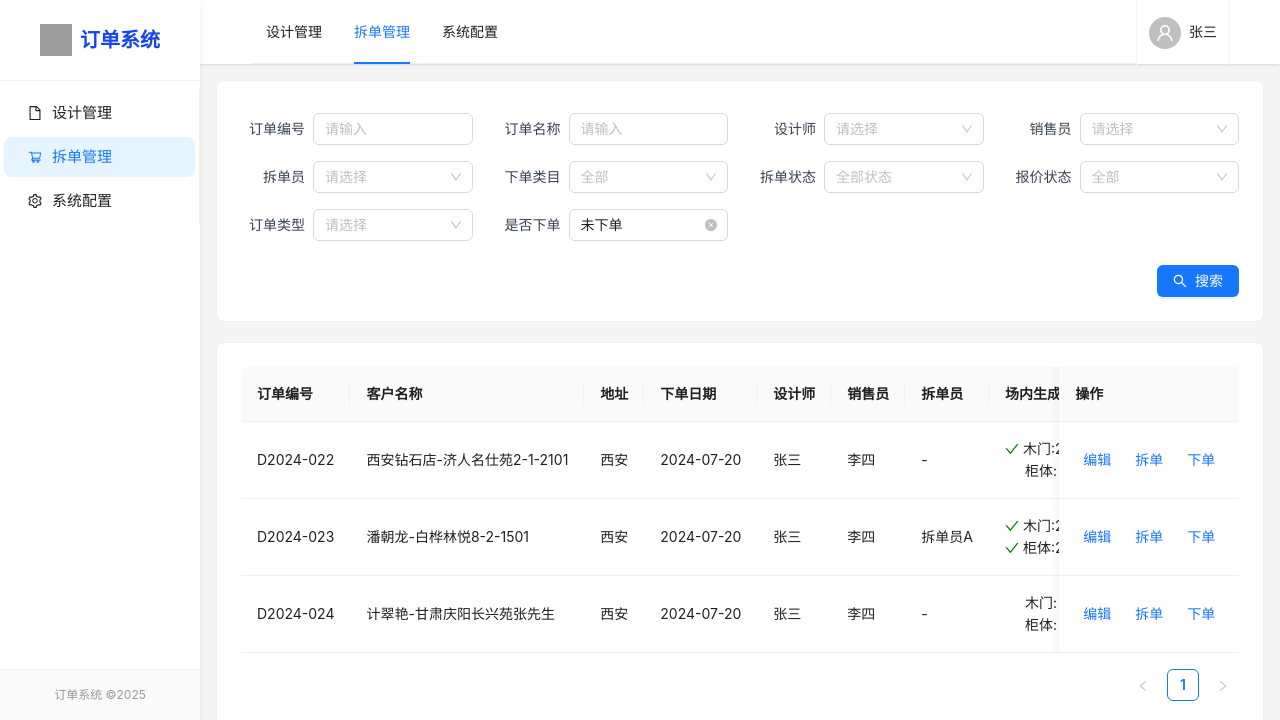
Repository: Garyxiwang/order_system
Page: /split (app in front/)
These files come from the project's save history. The page is drawn as it stood at one moment and after the next save; the edit follows.
The browser window is 1280 px wide. The pictures show the whole page.
Pictures or frames that could not be fetched are drawn as grey boxes. The project was rebuilt for these pictures with package versions that can differ from the ones it lists, and the page was loaded fresh each time. The framework's server and built-in components were replaced by stand-ins that run in the browser. Also part of the build but not shown: front/next.config.js, front/next.config.ts, front/src/app/split/editOrderModal.tsx, front/src/app/split/SplitOrderModal.tsx.

Above is the page before, as saved 2025-08-07 15:40:18.

### front/src/app/layout.tsx
import type { Metadata } from "next";
import { Geist, Geist_Mono } from "next/font/google";
import '@ant-design/v5-patch-for-react-19';
import "./globals.css";

const geistSans = Geist({
  variable: "--font-geist-sans",
  subsets: ["latin"],
});

const geistMono = Geist_Mono({
  variable: "--font-geist-mono",
  subsets: ["latin"],
});

export const metadata: Metadata = {
  title: "订单系统",
  description: "基于Next.js、TypeScript和Ant Design构建的订单系统",
};

import AppLayout from '@/components/layout/AppLayout';

export default function RootLayout({
  children,
}: Readonly<{
  children: React.ReactNode;
}>) {
  return (
    <html lang="zh-CN">
      <body
        className={`${geistSans.variable} ${geistMono.variable} antialiased`}
      >
        <AppLayout>
          {children}
        </AppLayout>
      </body>
    </html>
  );
}

### front/src/app/split/page.tsx
"use client";

import React, { useState, useEffect } from "react";
import {
  Card,
  Table,
  Button,
  Space,
  Input,
  Select,
  Row,
  Col,
  Tag,
  message,
} from "antd";
import type { ColumnsType } from "antd/es/table";
import { SearchOutlined, CheckOutlined } from "@ant-design/icons";
import { getSplitOrders, type SplitOrder } from "../../services/splitApi";
import EditOrderModal from "./editOrderModal";
import type { EditFormValues } from "./editOrderModal";
import SplitOrderModal from "./SplitOrderModal";
import type { SplitFormValues } from "./SplitOrderModal";

const { Option } = Select;

const DesignPage: React.FC = () => {
  const [splitData, setSplitData] = useState<SplitOrder[]>([]);
  const [loading, setLoading] = useState(false);
  const [isEditModalVisible, setIsEditModalVisible] = useState(false);
  const [isSplitModalVisible, setIsSplitModalVisible] = useState(false);
  const [selectedOrder, setSelectedOrder] = useState<SplitOrder | null>(null);

  // 加载拆单数据
  const loadSplitData = async () => {
    setLoading(true);
    try {
      const response = await getSplitOrders();
      if (response.code === 200) {
        setSplitData(response.data);
      } else {
        message.error(response.message || "获取数据失败");
      }
    } catch (error) {
      message.error("获取数据失败，请稍后重试");
      console.error("获取拆单数据失败:", error);
    } finally {
      setLoading(false);
    }
  };

  // 组件挂载时加载数据
  useEffect(() => {
    loadSplitData();
  }, []);

  // 显示编辑模态框
  const showEditModal = (record: SplitOrder) => {
    setSelectedOrder(record);
    setIsEditModalVisible(true);
  };

  // 处理编辑模态框取消
  const handleEditModalCancel = () => {
    setIsEditModalVisible(false);
    setSelectedOrder(null);
  };

  // 处理编辑模态框确认
  const handleEditModalOk = (values: EditFormValues) => {
    console.log("编辑表单数据:", values);
    // 这里可以调用API更新数据
    setIsEditModalVisible(false);
    setSelectedOrder(null);
    // 重新加载数据
    loadSplitData();
  };

  // 显示拆单模态框
  const showSplitModal = (record: SplitOrder) => {
    setSelectedOrder(record);
    setIsSplitModalVisible(true);
  };

  // 处理拆单模态框取消
  const handleSplitModalCancel = () => {
    setIsSplitModalVisible(false);
    setSelectedOrder(null);
  };

  // 处理拆单模态框确认
  const handleSplitModalOk = (values: SplitFormValues) => {
    console.log("拆单表单数据:", values);
    // 这里可以调用API更新数据
    setIsSplitModalVisible(false);
    setSelectedOrder(null);
    // 重新加载数据
    loadSplitData();
  };

  const columns: ColumnsType<SplitOrder> = [
    {
      title: "订单编号",
      dataIndex: "designNumber",
      key: "designNumber",
    },
    {
      title: "客户名称",
      dataIndex: "customerName",
      key: "customerName",
    },
    {
      title: "地址",
      dataIndex: "address",
      key: "address",
    },
    {
      title: "下单日期",
      dataIndex: "createTime",
      key: "createTime",
    },
    {
      title: "设计师",
      dataIndex: "designer",
      key: "designer",
    },
    {
      title: "销售员",
      dataIndex: "salesPerson",
      key: "salesPerson",
    },
    {
      title: "拆单员",
      dataIndex: "splitPerson",
      key: "splitPerson",
      render: (text: string) => {
        if (!text) return "-";
        return text;
      },
    },
    {
      title: "场内生成项",
      dataIndex: "doorBody",
      key: "doorBody",
      render: (text: string) => {
        if (!text) return null;

        const items = text.split(",");
        return (
          <div>
            {items.map((item, index) => {
              const parts = item.split(":");
              const name = parts[0];
              const time = parts[1];
              const days = parts[2];

              if (parts.length === 3 && name && time && days) {
                const dayCount = parseInt(days);
                const dayColor = dayCount >= 3 ? "red" : "-";
                return (
                  <div key={index}>
                    <CheckOutlined
                      style={{ color: "green", marginRight: "4px" }}
                    />
                    {name}:{time}{" "}
                    <span style={{ color: dayColor }}>{days}天</span>
                  </div>
                );
              } else if (parts.length >= 2 && name && time) {
                return (
                  <div key={index}>
                    <CheckOutlined
                      style={{ color: "green", marginRight: "4px" }}
                    />
                    {name}:{time}
                  </div>
                );
              } else {
                return (
                  <div key={index} style={{ marginLeft: "20px" }}>
                    {name}: -
                  </div>
                );
              }
            })}
          </div>
        );
      },
    },
    {
      title: "外购项",
      dataIndex: "external",
      key: "external",
      render: (text: string) => {
        if (!text) return null;

        const items = text.split(",");
        return (
          <div>
            {items.map((item, index) => {
              const parts = item.split(":");
              const name = parts[0];
              const time = parts[1];
              const days = parts[2];

              if (parts.length === 3 && name && time && days) {
                const dayCount = parseInt(days);
                const dayColor = dayCount >= 3 ? "red" : "";
                return (
                  <div key={index}>
                    <CheckOutlined
                      style={{ color: "green", marginRight: "4px" }}
                    />
                    {name}:{time}{" "}
                    <span style={{ color: dayColor }}>{days}天</span>
                  </div>
                );
              } else if (parts.length >= 2 && name && time) {
                return (
                  <div key={index}>
                    <CheckOutlined
                      style={{ color: "green", marginRight: "4px" }}
                    />
                    {name}:{time}
                  </div>
                );
              } else {
                return (
                  <div key={index} style={{ marginLeft: "20px" }}>
                    {name}: -
                  </div>
                );
              }
            })}
          </div>
        );
      },
    },
    {
      title: "报价状态",
      dataIndex: "priceState",
      key: "priceState",
      render: (text: string) => {
        if (!text) return "-";
        return text;
      },
    },

    {
      title: "完成日期",
      dataIndex: "finishTime",
      key: "finishTime",
      render: (text: string) => {
        if (!text) return "-";
        return text;
      },
    },
    {
      title: "订单类型",
      dataIndex: "orderType",
      key: "orderType",
    },
    {
      title: "订单状态",
      dataIndex: "states",
      key: "states",
      render: (text: string) => {
        if (text === "已完成") {
          return <Tag color="green">{text}</Tag>;
        }
        return text;
      },
    },
    {
      title: "备注",
      dataIndex: "remark",
      key: "remark",
      render: (text: string) => (
        <div
          style={{
            maxWidth: "150px",
            wordWrap: "break-word",
            whiteSpace: "pre-wrap",
          }}
        >
          {text || "-"}
        </div>
      ),
    },
    {
      title: "操作",
      key: "action",
      fixed: "right",
      render: (_: unknown, record: SplitOrder) => (
        <Space>
          <Button
            type="link"
            size="small"
            onClick={() => showEditModal(record)}
          >
            编辑
          </Button>
          <Button
            type="link"
            size="small"
            onClick={() => showSplitModal(record)}
          >
            拆单
          </Button>
          <Button
            type="link"
            size="small"
            onClick={() => showSplitModal(record)}
          >
            下单
          </Button>
        </Space>
      ),
    },
  ];

  return (
    <div className="space-y-6">
      {/* 搜索Card */}
      <Card variant="outlined" style={{ marginBottom: 20 }}>
        <Row gutter={24}>
          <Col span={6} className="py-2">
            <div className="flex items-center gap-2">
              <label className="whitespace-nowrap text-sm font-medium text-gray-700 min-w-16 text-right">
                订单编号
              </label>
              <Input
                placeholder="请输入"
                className="rounded-md border-gray-200 flex-1"
                size="middle"
                allowClear
              />
            </div>
          </Col>
          <Col span={6} className="py-2">
            <div className="flex items-center gap-2">
              <label className="whitespace-nowrap text-sm font-medium text-gray-700 min-w-16 text-right">
                订单名称
              </label>
              <Input
                placeholder="请输入"
                className="rounded-md border-gray-200 flex-1"
                size="middle"
                allowClear
              />
            </div>
          </Col>
          <Col span={6} className="py-2">
            <div className="flex items-center gap-2">
              <label className="whitespace-nowrap text-sm font-medium text-gray-700 min-w-16 text-right">
                设计师
              </label>
              <Select
                placeholder="请选择"
                className="rounded-md flex-1"
                size="middle"
                allowClear
              >
                <Option value="designer1">设计师1</Option>
                <Option value="designer2">设计师2</Option>
              </Select>
            </div>
          </Col>
          <Col span={6} className="py-2">
            <div className="flex items-center gap-2">
              <label className="whitespace-nowrap text-sm font-medium text-gray-700 min-w-16 text-right">
                销售员
              </label>
              <Select
                placeholder="请选择"
                className="rounded-md flex-1"
                size="middle"
                allowClear
              >
                <Option value="designer1">销售员1</Option>
                <Option value="designer2">销售员2</Option>
                <Option value="designer2">销售员3</Option>
              </Select>
            </div>
          </Col>
          <Col span={6} className="py-2">
            <div className="flex items-center gap-2">
              <label className="whitespace-nowrap text-sm font-medium text-gray-700 min-w-16 text-right">
                拆单员
              </label>
              <Select
                placeholder="请选择"
                className="rounded-md flex-1"
                size="middle"
                allowClear
              >
                <Option value="designer1">拆单员1</Option>
                <Option value="designer2">拆单员2</Option>
                <Option value="designer2">拆单员3</Option>
              </Select>
            </div>
          </Col>
          <Col span={6} className="py-2">
            <div className="flex items-center gap-2">
              <label className="whitespace-nowrap text-sm font-medium text-gray-700 min-w-16 text-right">
                下单类目
              </label>
              <Select
                placeholder="全部"
                className="rounded-md flex-1"
                size="middle"
                allowClear
              >
                <Option value="designing">木门</Option>
                <Option value="reviewing">柜体</Option>
                <Option value="completed">石材</Option>
                <Option value="completed">板材</Option>
                <Option value="completed">铝合金门</Option>
              </Select>
            </div>
          </Col>
          <Col span={6} className="py-2">
            <div className="flex items-center gap-2">
              <label className="whitespace-nowrap text-sm font-medium text-gray-700 min-w-16 text-right">
                拆单状态
              </label>
              <Select
                placeholder="全部状态"
                className="rounded-md flex-1"
                size="middle"
                allowClear
              >
                <Option value="-1">拆单中</Option>
                <Option value="1">已审核</Option>
                <Option value="1">已完成</Option>
              </Select>
            </div>
          </Col>
          <Col span={6} className="py-2">
            <div className="flex items-center gap-2">
              <label className="whitespace-nowrap text-sm font-medium text-gray-700 min-w-16 text-right">
                报价状态
              </label>
              <Select
                placeholder="全部"
                className="rounded-md flex-1"
                size="middle"
                allowClear
              >
                <Option value="normal">未打款</Option>
                <Option value="normal">已打款</Option>
                <Option value="important">报价已发未打款</Option>
              </Select>
            </div>
          </Col>
          <Col span={6} className="py-2">
            <div className="flex items-center gap-2">
              <label className="whitespace-nowrap text-sm font-medium text-gray-700 min-w-16 text-right">
                订单类型
              </label>
              <Select
                placeholder="请选择"
                className="rounded-md flex-1"
                size="middle"
                allowClear
              >
                <Option value="design">设计单</Option>
                <Option value="development">经销商订单</Option>
              </Select>
            </div>
          </Col>
          <Col span={6} className="py-2">
            <div className="flex items-center gap-2">
              <label className="whitespace-nowrap text-sm font-medium text-gray-700 min-w-16 text-right">
                是否下单
              </label>
              <Select
                placeholder="请选择"
                className="rounded-md flex-1"
                size="middle"
                allowClear
                defaultValue={"0"}
              >
                <Option value="-1">已下单</Option>
                <Option value="0">未下单</Option>
              </Select>
            </div>
          </Col>
        </Row>
        <Row className="mt-4">
          <Col span={24} className="text-right">
            <Space>
              <Button
                type="primary"
                icon={<SearchOutlined />}
                size="middle"
                className="bg-blue-600 hover:bg-blue-700"
              >
                搜索
              </Button>
            </Space>
          </Col>
        </Row>
      </Card>

      {/* 内容Card */}
      <Card variant="outlined">
        {/* 表格区域 */}
        <Table<SplitOrder>
          columns={columns}
          dataSource={splitData}
          loading={loading}
          bordered={false}
          pagination={{ pageSize: 10 }}
          rowClassName="hover:bg-blue-50"
          rowKey={(record) => record.designNumber}
          scroll={{ x: "max-content" }}
        />
      </Card>

      {/* 编辑订单模态框 */}
      <EditOrderModal
        visible={isEditModalVisible}
        onCancel={handleEditModalCancel}
        onOk={handleEditModalOk}
        orderData={selectedOrder}
      />

      {/* 拆单操作模态框 */}
      <SplitOrderModal
        visible={isSplitModalVisible}
        onCancel={handleSplitModalCancel}
        onOk={handleSplitModalOk}
        orderData={selectedOrder}
      />
    </div>
  );
};

export default DesignPage;

### front/src/app/globals.css
@import "tailwindcss";
/* Ant Design 5.x不再需要全局导入CSS文件 */

:root {
  --background: #ffffff;
  --foreground: #171717;
}

@theme inline {
  --color-background: var(--background);
  --color-foreground: var(--foreground);
  --font-sans: var(--font-geist-sans);
  --font-mono: var(--font-geist-mono);
}

@media (prefers-color-scheme: dark) {
  :root {
    --background: #0a0a0a;
    --foreground: #ededed;
  }
}

body {
  background: var(--background);
  color: var(--foreground);
  font-family: Arial, Helvetica, sans-serif;
}

### front/src/services/splitApi.ts
// 拆单页面相关的API接口

export interface SplitOrder {
  designNumber: string;
  customerName: string;
  address: string;
  createTime: string;
  designer: string;
  salesPerson: string;
  splitPerson: string;
  doorBody: string;
  external: string;
  priceState: string;
  fixedTime: string;
  finishTime: string;
  orderType: string;
  states: string;
  remark: string;
}

// 模拟拆单数据
const mockSplitData: SplitOrder[] = [
  {
    designNumber: "D2024-022",
    customerName: "西安钻石店-济人名仕苑2-1-2101",
    address: "西安",
    createTime: "2024-07-20",
    designer: "张三",
    salesPerson: "李四",
    splitPerson: "",
    doorBody: "木门:2025/07/01:3,柜体",
    external: "石材:2025/07/01:3,板材:2025/07/01:2",
    priceState: "报价已发未打款",
    fixedTime: "2024-07-20",
    finishTime: "2024-07-30",
    orderType: "设计单",
    states: "拆单中",
    remark: "这个是一个备注",
  },
  {
    designNumber: "D2024-023",
    customerName: "潘朝龙-白桦林悦8-2-1501",
    address: "西安",
    createTime: "2024-07-20",
    designer: "张三",
    salesPerson: "李四",
    splitPerson: "拆单员A",
    doorBody: "木门:2025/07/01:3,柜体:2025/07/03:10",
    external: "石材:2025/07/01:3,板材:2025/07/01:2",
    priceState: "",
    fixedTime: "2024-07-20",
    finishTime: "2024-07-30",
    orderType: "设计单",
    states: "已完成",
    remark: "这个是一个备注",
  },
  {
    designNumber: "D2024-024",
    customerName: "计翠艳-甘肃庆阳长兴苑张先生",
    address: "西安",
    createTime: "2024-07-20",
    designer: "张三",
    salesPerson: "李四",
    splitPerson: "",
    doorBody: "木门:,柜体:",
    external: "石材:,板材:",
    priceState: "",
    fixedTime: "",
    finishTime: "",
    orderType: "设计单",
    states: "未开始",
    remark: "",
  },
];

// API响应接口
interface ApiResponse<T> {
  code: number;
  message: string;
  data: T;
}

// 获取拆单列表
export const getSplitOrders = async (): Promise<ApiResponse<SplitOrder[]>> => {
  // 模拟API调用延迟
  await new Promise((resolve) => setTimeout(resolve, 500));

  return {
    code: 200,
    message: "获取成功",
    data: mockSplitData,
  };
};

// 创建拆单
export const createSplitOrder = async (order: Omit<SplitOrder, 'designNumber'>): Promise<ApiResponse<SplitOrder>> => {
  // 模拟API调用延迟
  await new Promise((resolve) => setTimeout(resolve, 500));

  const newOrder: SplitOrder = {
    ...order,
    designNumber: `D2024-${String(Date.now()).slice(-3)}`,
  };

  mockSplitData.push(newOrder);

  return {
    code: 200,
    message: "创建成功",
    data: newOrder,
  };
};

// 更新拆单
export const updateSplitOrder = async (designNumber: string, updates: Partial<SplitOrder>): Promise<ApiResponse<SplitOrder>> => {
  // 模拟API调用延迟
  await new Promise((resolve) => setTimeout(resolve, 500));

  const index = mockSplitData.findIndex(order => order.designNumber === designNumber);

  if (index === -1) {
    return {
      code: 404,
      message: "订单不存在",
      data: {} as SplitOrder,
    };
  }

  mockSplitData[index] = { ...mockSplitData[index], ...updates };

  return {
    code: 200,
    message: "更新成功",
    data: mockSplitData[index],
  };
};

// 删除拆单
export const deleteSplitOrder = async (designNumber: string): Promise<ApiResponse<null>> => {
  // 模拟API调用延迟
  await new Promise((resolve) => setTimeout(resolve, 500));

  const index = mockSplitData.findIndex(order => order.designNumber === designNumber);

  if (index === -1) {
    return {
      code: 404,
      message: "订单不存在",
      data: null,
    };
  }

  mockSplitData.splice(index, 1);

  return {
    code: 200,
    message: "删除成功",
    data: null,
  };
};

### front/src/components/layout/SideMenu.tsx
'use client';

import React from 'react';
import { Menu } from 'antd';
import { FileOutlined, ShoppingCartOutlined, SettingOutlined, DashboardOutlined } from '@ant-design/icons';
import Link from 'next/link';
import { usePathname } from 'next/navigation';

const SideMenu: React.FC = () => {
  const pathname = usePathname();

  // 根据当前路径确定选中的菜单项
  const getSelectedKey = () => {
    if (pathname.startsWith('/design')) return ['design'];
    if (pathname.startsWith('/split')) return ['split'];
    if (pathname.startsWith('/config')) return ['config'];
    return [];
  };

  const menuItems = [
    {
      key: 'design',
      icon: <FileOutlined className="text-blue-600" />,
      label: <Link href="/design" className="text-gray-700 hover:text-blue-600 font-medium">设计管理</Link>,
    },
    {
      key: 'split',
      icon: <ShoppingCartOutlined className="text-blue-600" />,
      label: <Link href="/split" className="text-gray-700 hover:text-blue-600 font-medium">拆单管理</Link>,
    },
    {
      key: 'config',
      icon: <SettingOutlined className="text-blue-600" />,
      label: <Link href="/config" className="text-gray-700 hover:text-blue-600 font-medium">系统配置</Link>,
    },
  ];

  return (
    <Menu
      mode="inline"
      selectedKeys={getSelectedKey()}
      items={menuItems}
      className="border-r-0 bg-transparent"
      style={{ fontSize: '15px' }}
    />
  );
};

export default SideMenu;

### front/src/components/AntdRegistry.tsx
'use client';

import React from 'react';
import { createCache, extractStyle, StyleProvider } from '@ant-design/cssinjs';
import type Entity from '@ant-design/cssinjs/es/Cache';
import { useServerInsertedHTML } from 'next/navigation';

interface AntdRegistryProps {
  children: React.ReactNode;
}

const AntdRegistry = ({ children }: AntdRegistryProps) => {
  const cache = React.useMemo<Entity>(() => createCache(), []);

  useServerInsertedHTML(() => {
    return (
      <style
        id="antd"
        dangerouslySetInnerHTML={{ __html: extractStyle(cache, true) }}
      />
    );
  });

  return <StyleProvider cache={cache}>{children}</StyleProvider>;
};

export default AntdRegistry;

Loaded but not shown: front/src/components/layout/AppLayout.tsx (203 lines, source omitted)

After the next save:
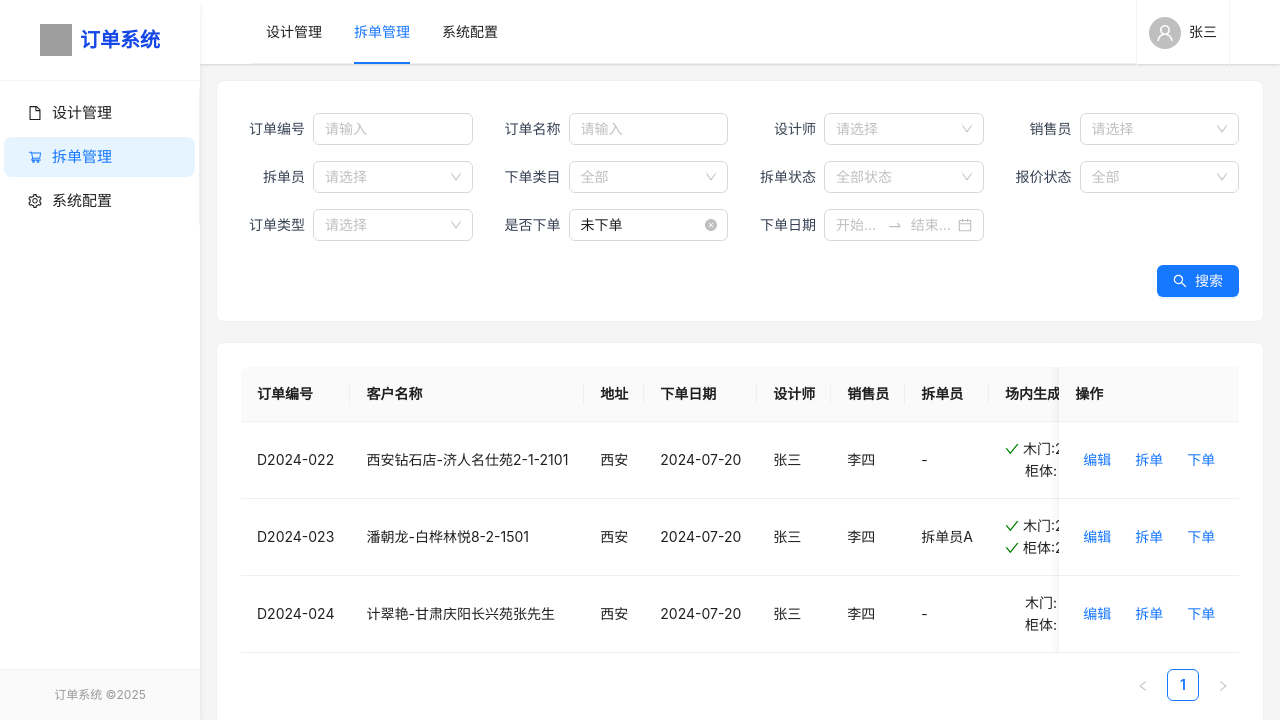
Saved 83 s later.
--- a/front/src/app/split/page.tsx
+++ b/front/src/app/split/page.tsx
@@ -12,6 +12,7 @@ import {
   Col,
   Tag,
   message,
+  DatePicker,
 } from "antd";
 import type { ColumnsType } from "antd/es/table";
 import { SearchOutlined, CheckOutlined } from "@ant-design/icons";
@@ -22,7 +23,7 @@ import SplitOrderModal from "./SplitOrderModal";
 import type { SplitFormValues } from "./SplitOrderModal";
 
 const { Option } = Select;
-
+const { RangePicker } = DatePicker;
 const DesignPage: React.FC = () => {
   const [splitData, setSplitData] = useState<SplitOrder[]>([]);
   const [loading, setLoading] = useState(false);
@@ -485,6 +486,19 @@ const DesignPage: React.FC = () => {
               </Select>
             </div>
           </Col>
+          <Col span={6} className="py-2">
+            <div className="flex items-center gap-2">
+              <label className="whitespace-nowrap text-sm font-medium text-gray-700 min-w-16 text-right">
+                下单日期
+              </label>
+              <RangePicker
+                placeholder={["开始日期", "结束日期"]}
+                className="rounded-md flex-1"
+                size="middle"
+                allowClear
+              />
+            </div>
+          </Col>
         </Row>
         <Row className="mt-4">
           <Col span={24} className="text-right">
